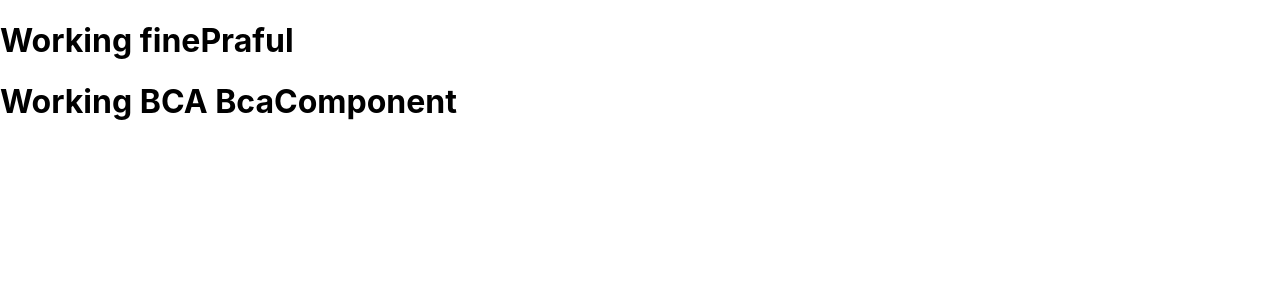
Repository: Prafullkuma/facebook
Page: /
An editor plug-in stored every save of this project. The page is shown before and after the next save, followed by the edit.
The browser window is 1280 px wide. The pictures show the whole page.
The project was rebuilt for these pictures with package versions that can differ from the ones it lists, and the page was loaded fresh each time. Also part of the build but not shown: src/App.css.

Above is the page before, as saved 2020-09-04 10:14:22.

### src/App.js
import React from 'react';
import ContextApi from './Component/ContextApi'
import './App.css';

function App() {
  return (
    <>
      <ContextApi />
    </>
  )
}

export default App;

### src/Component/ContextApi.js
import React, { useEffect, useContext, useState } from 'react'
const myContext = React.createContext(null)
function AbcComponent() {
    const state = useContext(myContext)
    console.log(state.name)
    return <h1>Working fine{state.name}</h1>
}
function BcaComponent() {
    const { state, setState } = useContext(myContext)
    useEffect(() => {
        setTimeout(() => {
            setState(state => ({
                ...state,
            }))
        }, 1000)
    }, [])

    return <h1>Working BCA BcaComponent</h1>
}
function ContextApi() {
    const [obj, setObj] = useState({
        name: "prafull",
        age: 23,
        price: 23232
    })
    return (<myContext.Provider value={{
        name: "Praful",
        age: 27,
        state: obj,
        setState: setObj
    }}>
        <AbcComponent />
        <BcaComponent />
    </myContext.Provider >

    )
}

export default ContextApi

Loaded but not shown: public/index.html (common file); src/index.js (common file); src/index.css (common file); src/serviceWorker.js (common file)

After the next save:
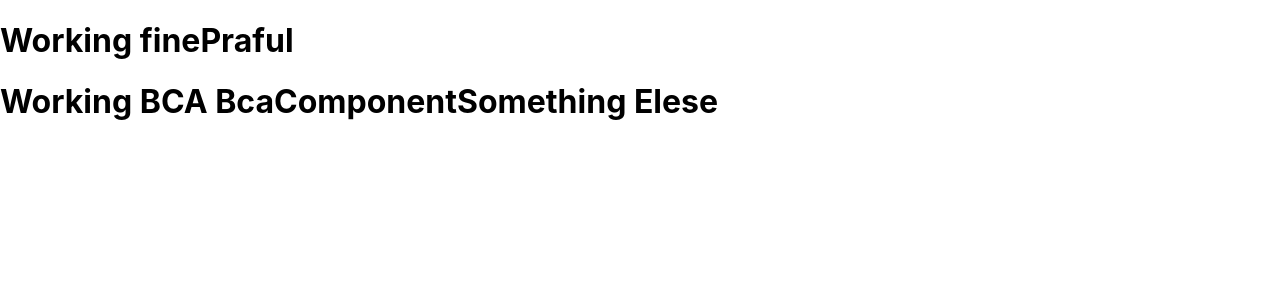
Saved 17 s later.
--- a/src/Component/ContextApi.js
+++ b/src/Component/ContextApi.js
@@ -11,11 +11,12 @@ function BcaComponent() {
         setTimeout(() => {
             setState(state => ({
                 ...state,
+                name: 'Something Elese'
             }))
         }, 1000)
     }, [])
 
-    return <h1>Working BCA BcaComponent</h1>
+    return <h1>Working BCA BcaComponent{state.name}</h1>
 }
 function ContextApi() {
     const [obj, setObj] = useState({
